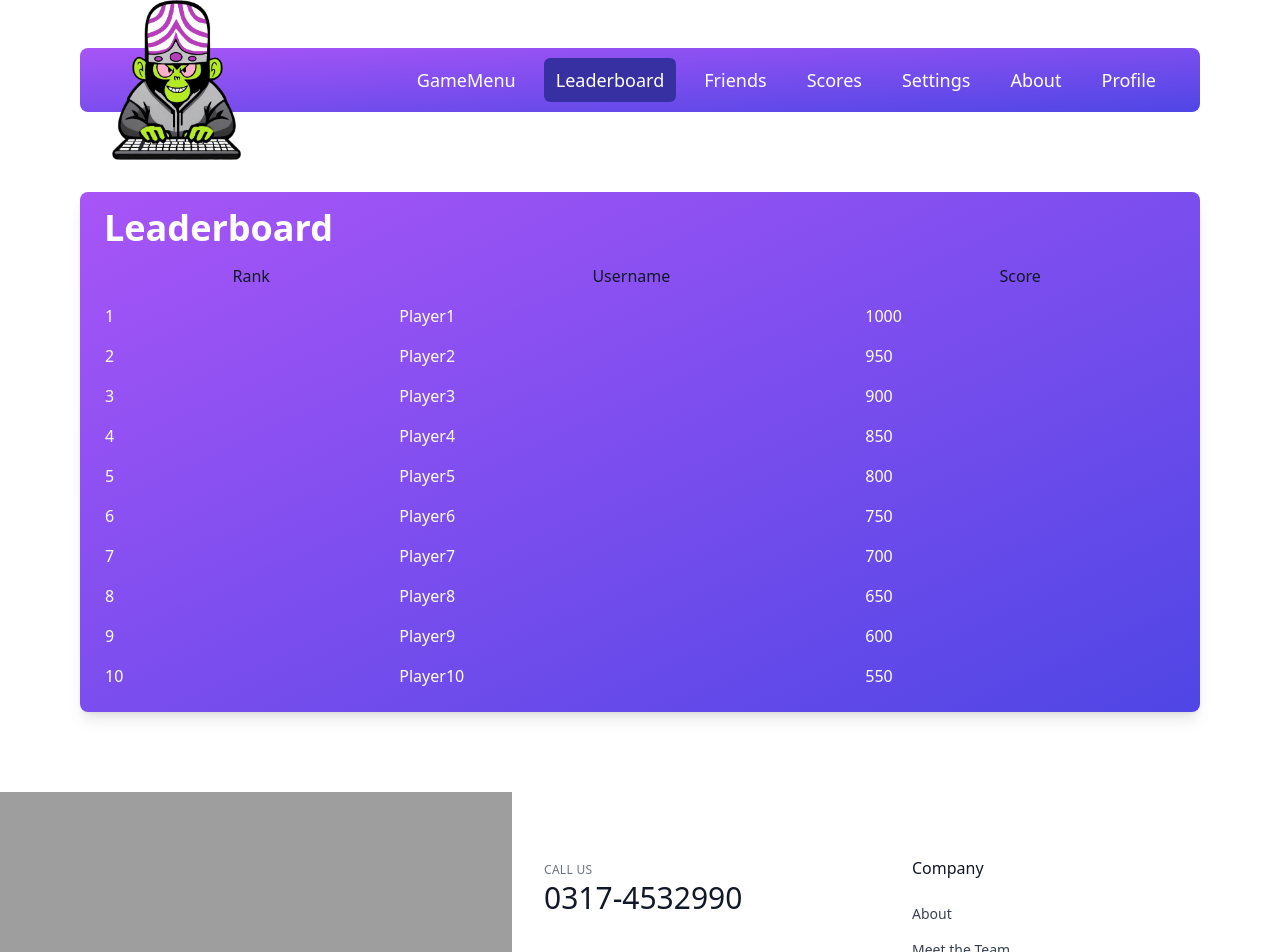
Repository: shaafsalman/notMonkeyType
Page: /Leaderboards (app in not-monkeytype-vite/)
The author's editor kept a copy of each file at every save. The page is drawn from the files as they stood at one save, then again after the next save.
The browser window is 1280 px wide. The pictures show the part of the page from y = 0 to 952 px (the page is 1237 px tall).
Pictures or frames that could not be fetched are drawn as grey boxes. The project was rebuilt for these pictures with package versions that can differ from the ones it lists, and the page was loaded fresh each time. Also part of the build but not shown: not-monkeytype-vite/vite.config.js, not-monkeytype-vite/src/components/Page-Parts/GameMenu.jsx, not-monkeytype-vite/src/components/Page-Parts/Friends.jsx, not-monkeytype-vite/src/components/Page-Parts/Scores.jsx, not-monkeytype-vite/src/components/Page-Parts/Settings.jsx, not-monkeytype-vite/src/components/Page-Parts/Profile.jsx, not-monkeytype-vite/src/components/Page-Parts/NoPage.jsx.

Above is the page before, as saved 2024-05-01 03:52:28.

After the next save:
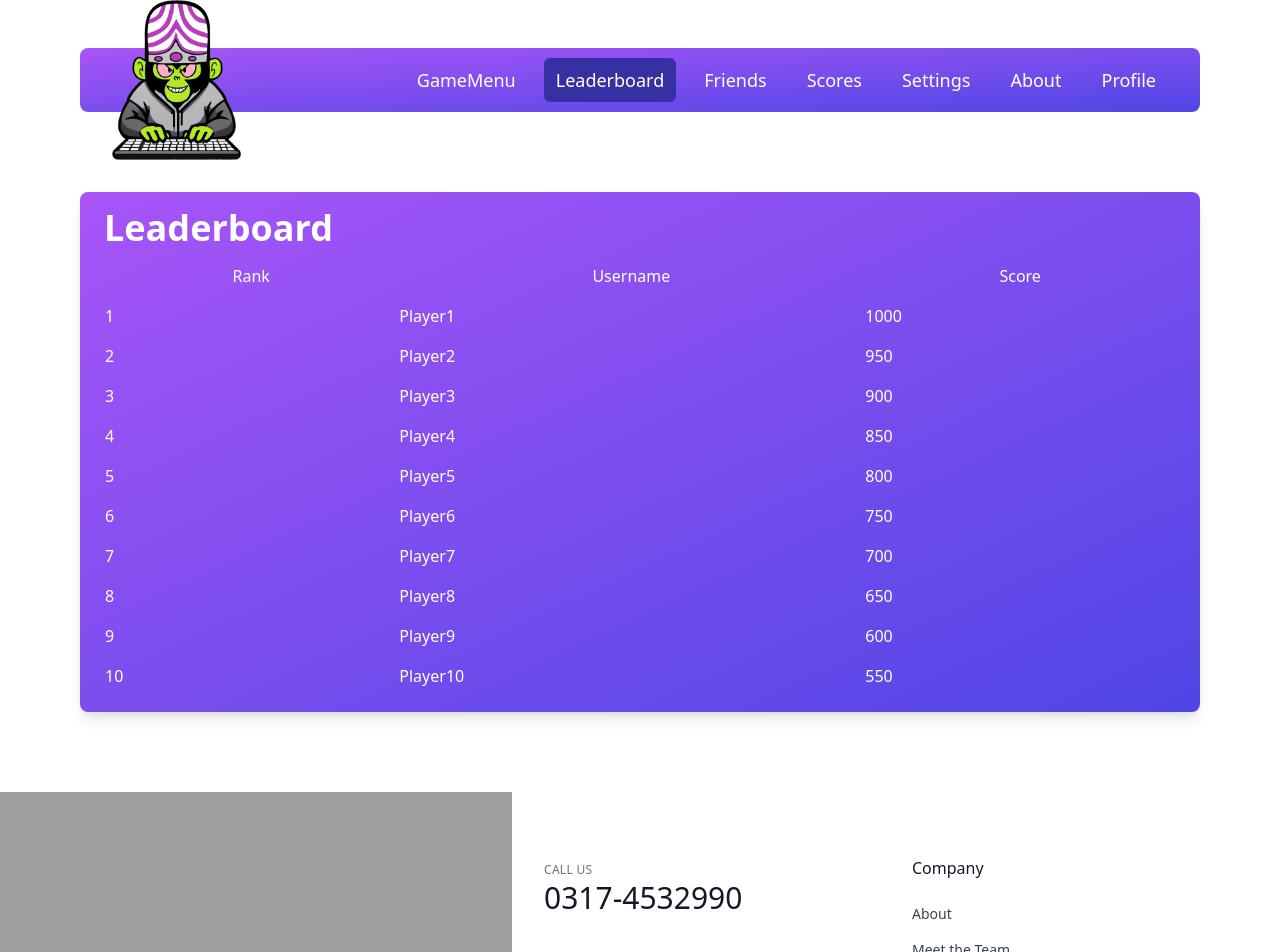
Saved 12 s later.
--- a/not-monkeytype-vite/src/components/Page-Parts/Leaderboards.jsx
+++ b/not-monkeytype-vite/src/components/Page-Parts/Leaderboards.jsx
@@ -25,9 +25,9 @@ const Leaderboards = () => {
             <table className="w-full text-white">
             <thead className="ltr:text-left rtl:text-right">
             <tr>
-              <th className="whitespace-nowrap px-4 py-2 font-medium text-gray-900">Rank</th>
-              <th className="whitespace-nowrap px-4 py-2 font-medium text-gray-900">Username</th>
-              <th className="whitespace-nowrap px-4 py-2 font-medium text-gray-900">Score</th>
+              <th className="whitespace-nowrap px-4 py-2 font-medium text-white-900">Rank</th>
+              <th className="whitespace-nowrap px-4 py-2 font-medium text-white-900">Username</th>
+              <th className="whitespace-nowrap px-4 py-2 font-medium text-white-900">Score</th>
             </tr>
           </thead>
               <tbody>
